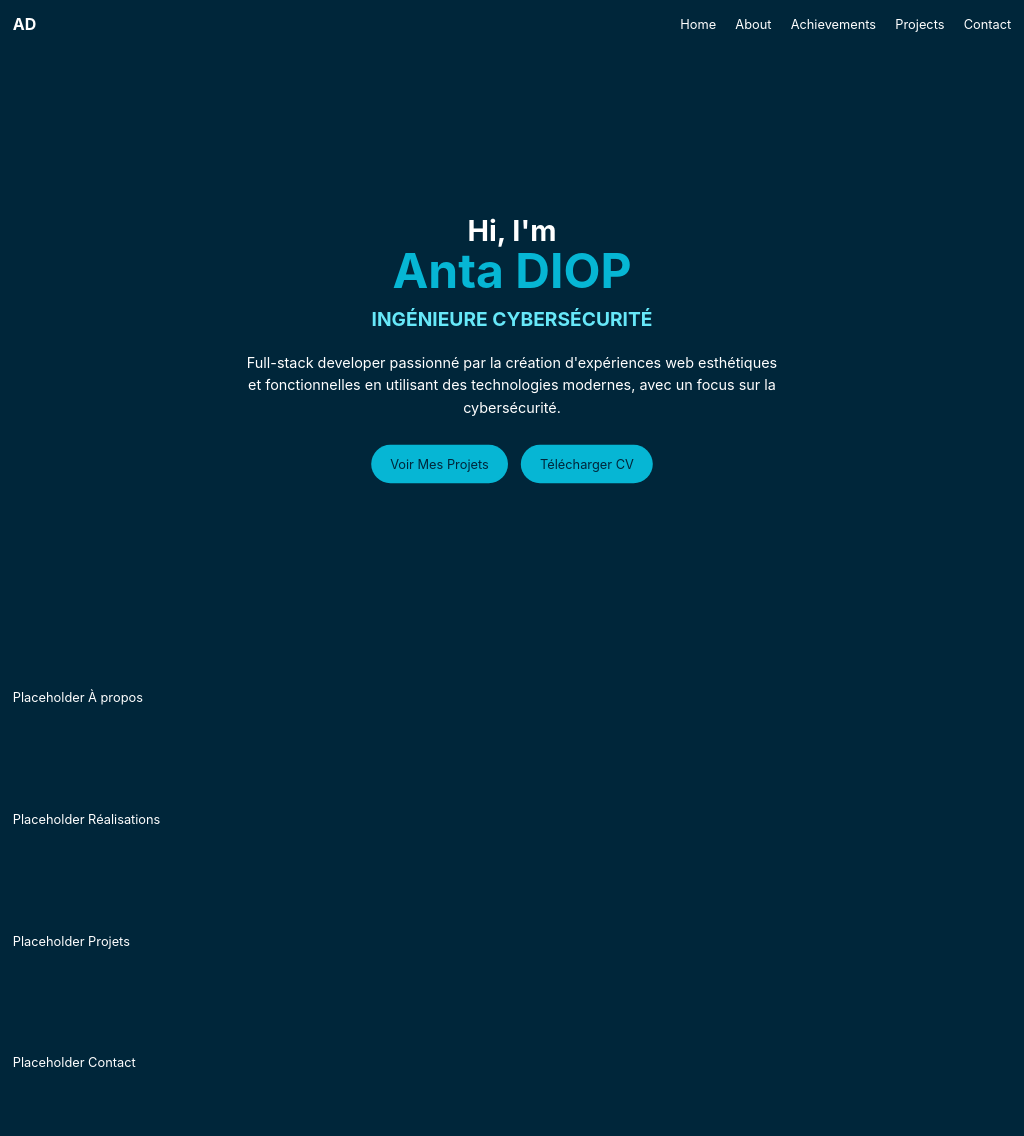
Repository: AntaaaKD/Mon-Portfolio
Page: /
An editor plug-in stored every save of this project. The page is shown before and after the next save, followed by the edit.
The browser window is 1280 px wide. The pictures show the whole page, at 80% of full size.
The project was rebuilt for these pictures with package versions that can differ from the ones it lists, and the page was loaded fresh each time.

Above is the page before, as saved 2026-01-14 18:38:44.

### src/App.js
import React from 'react';
import Navbar from './components/Navbar';
import Home from './components/Home';  // Ajoute cet import

function App() {
  return (
    <div className="min-h-screen bg-custom-blue text-white">
      <Navbar />
      <main className="container mx-auto p-4">
        <Home />  {/* Remplace le placeholder */}
        <section id="about" className="py-16">Placeholder À propos</section>
        <section id="achievements" className="py-16">Placeholder Réalisations</section>
        <section id="projects" className="py-16">Placeholder Projets</section>
        <section id="contact" className="py-16">Placeholder Contact</section>
      </main>
    </div>
  );
}

export default App;

### src/components/Navbar.jsx
import React, { useState, useEffect } from 'react';

const Navbar = () => {
  const [scrolled, setScrolled] = useState(false);

  useEffect(() => {
    const handleScroll = () => {
      if (window.scrollY > 50) {
        setScrolled(true);
      } else {
        setScrolled(false);
      }
    };

    window.addEventListener('scroll', handleScroll);
    return () => window.removeEventListener('scroll', handleScroll);
  }, []);

  return (
    <nav
        className={`p-4 sticky top-0 z-10 transition-all duration-300 ${
            scrolled
            ? 'bg-custom-blue bg-opacity-0 backdrop-blur-md'  // Semi-transparent (30%) + blur fort
            : 'bg-custom-blue'  // Bleu solide au top
        }`}
    >
        <div className="container mx-auto flex justify-between items-center">
            <h1 className="text-xl font-bold text-blue-text">AD</h1>
            <ul className="flex space-x-6 text-white">
            <li><a href="#home" className="hover:text-cyan-300">Home</a></li>
            <li><a href="#about" className="hover:text-cyan-300">About</a></li>
            <li><a href="#achievements" className="hover:text-cyan-300">Achievements</a></li>
            <li><a href="#projects" className="hover:text-cyan-300">Projects</a></li>
            <li><a href="#contact" className="hover:text-cyan-300">Contact</a></li>
            </ul>
        </div>
    </nav>
  );
};

export default Navbar;

### src/components/Home.jsx
import React from 'react';

const Home = () => {
  return (
    <section id="home" className="flex flex-col items-center justify-center h-screen text-center px-4">
      <h1 className="text-4xl font-bold"> Hi, I'm</h1><h1 className="text-6xl font-bold text-cyan-500 mb-4">Anta DIOP</h1>
      <h2 className="text-2xl font-bold text-cyan-300 mb-6">INGÉNIEURE CYBERSÉCURITÉ</h2>
      <p className="text-lg mb-8 max-w-2xl">Full-stack developer passionné par la création d'expériences web esthétiques et fonctionnelles en utilisant des technologies modernes, avec un focus sur la cybersécurité.</p>
      <div className="flex space-x-4">
        <a href="#projects" className="bg-cyan-500 text-custom-blue px-6 py-3 rounded-full hover:bg-cyan-400 transition">Voir Mes Projets</a>
        <a href="/cv.pdf" download className="bg-cyan-500 text-custom-blue px-6 py-3 rounded-full hover:bg-cyan-400 transition">Télécharger CV</a>
      </div>
    </section>
  );
};

export default Home;

### tailwind.config.js
/** @type {import('tailwindcss').Config} */
module.exports = {
  content: [
    "./src/**/*.{js,jsx,ts,tsx}",
  ],
  theme: {
    extend: {
      colors: {
        'custom-blue': 'rgb(0, 38, 58)',  // Ton bleu exact ici
      },
    },
  },
  plugins: [],
};

Loaded but not shown: public/index.html (common file); src/index.js (common file); src/index.css (common file); src/reportWebVitals.js (common file)

After the next save:
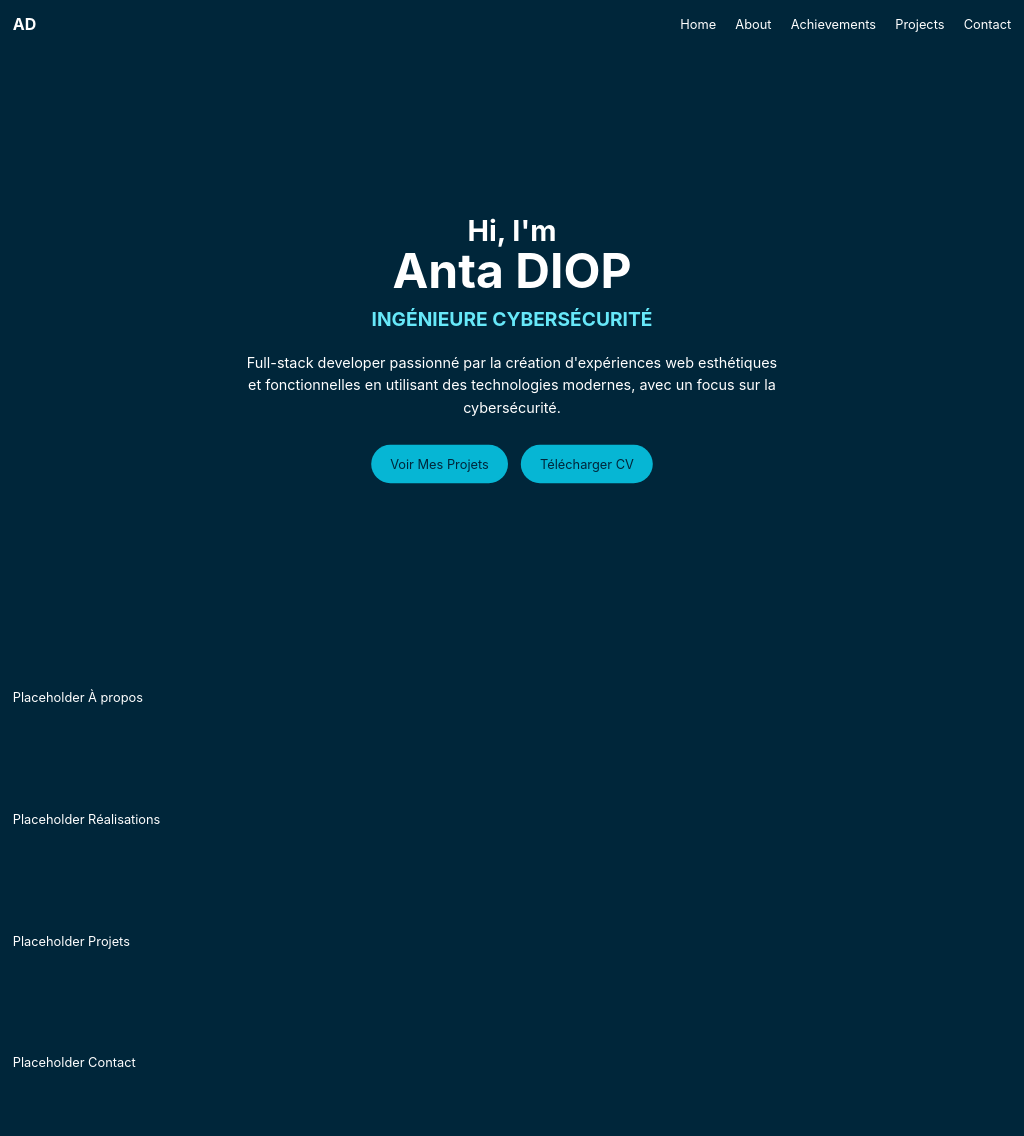
Saved 12 s later.
--- a/src/components/Home.jsx
+++ b/src/components/Home.jsx
@@ -3,7 +3,7 @@ import React from 'react';
 const Home = () => {
   return (
     <section id="home" className="flex flex-col items-center justify-center h-screen text-center px-4">
-      <h1 className="text-4xl font-bold"> Hi, I'm</h1><h1 className="text-6xl font-bold text-cyan-500 mb-4">Anta DIOP</h1>
+      <h1 className="text-4xl font-bold"> Hi, I'm</h1><h1 className="text-6xl font-bold text-cyan-450 mb-4">Anta DIOP</h1>
       <h2 className="text-2xl font-bold text-cyan-300 mb-6">INGÉNIEURE CYBERSÉCURITÉ</h2>
       <p className="text-lg mb-8 max-w-2xl">Full-stack developer passionné par la création d'expériences web esthétiques et fonctionnelles en utilisant des technologies modernes, avec un focus sur la cybersécurité.</p>
       <div className="flex space-x-4">
